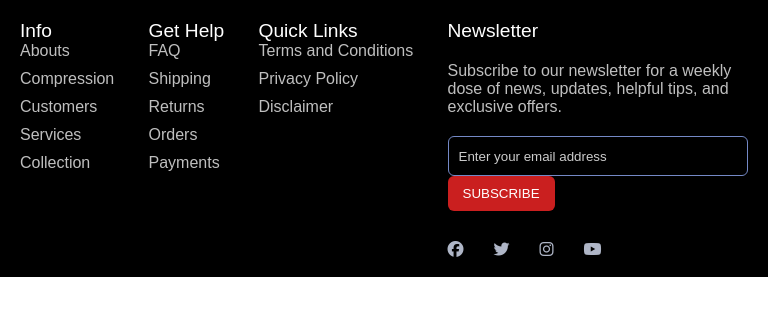
Repository: syni18/responsive_footer
Page: index.html
The author's editor kept a copy of each file at every save. The page is drawn from the files as they stood at one save, then again after a run of saves.
The browser window is 768 px wide. The pictures show the whole page.
Some web libraries are served in a nearby version.

Above is the page before, as saved 2023-11-03 17:26:46.

After the next 7 saves:
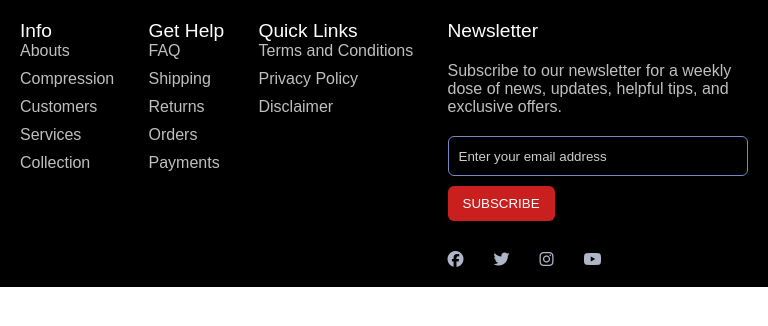
The 7 saves are shown as one change because they came seconds apart.
The last was saved 17 s later.
--- a/style.css
+++ b/style.css
@@ -103,7 +103,7 @@
     .footer-col form:where(input,button) {
         width: 100%;
     }
-    .footer-col form bottom{
-
+    .footer-col form button{
+        margin: 10px 0 0 0;
     }
 }
